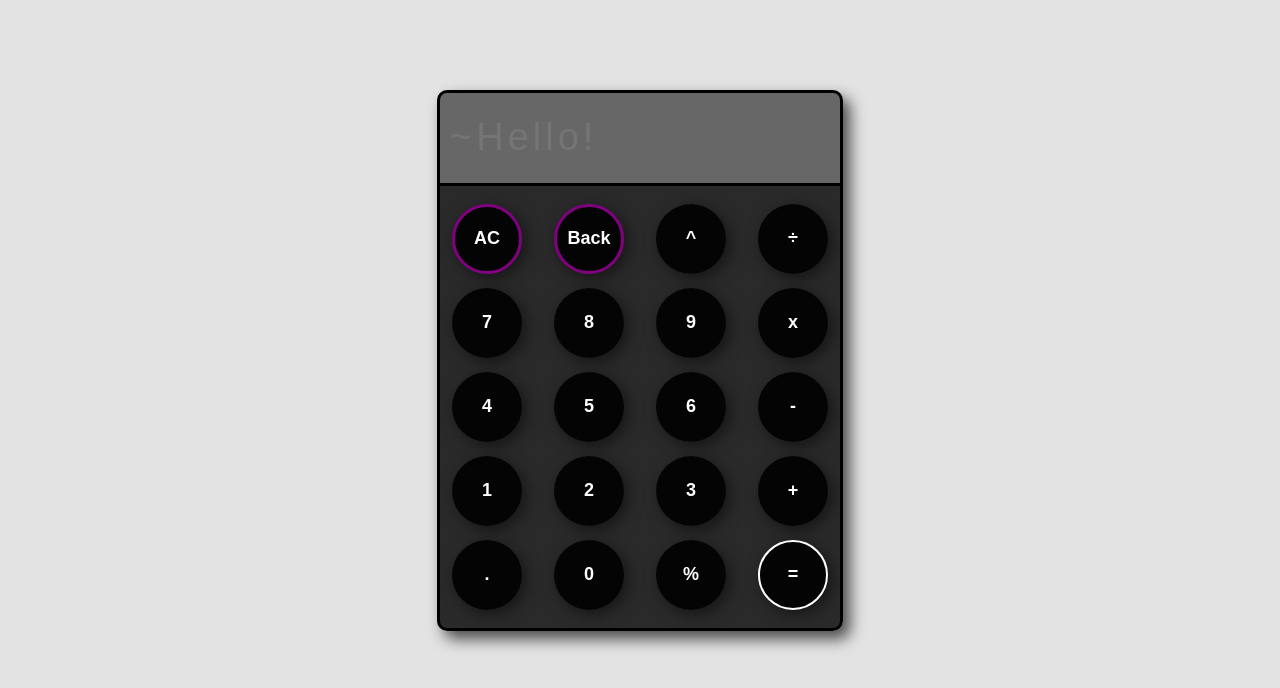
Repository: SakthivelDurai47/calculator
Page: index.html
An editor plug-in stored every save of this project. The page is shown before and after the next save, followed by the edit.
The browser window is 1280 px wide. The pictures show the whole page.

Above is the page before, as saved 2025-04-13 16:33:37.

### index.html
<!DOCTYPE html>
<html lang="en">
  <head>
    <meta charset="UTF-8" />
    <meta name="viewport" content="width=device-width, initial-scale=1.0" />
    <title>Calculator</title>
    <link rel="stylesheet" href="styles.css" />
    <meta name="author" content="Sakthivel Durai S" />
  </head>
  <body>
    <div id="calculator">
      <input id="display" readonly placeholder="~Hello!" />
      <div id="buttons">
        <button onclick="clearDisplay()" class="control">AC</button>
        <button onclick="removeFromDisplay()" class="control">Back</button>
        <button onclick="addToDisplay('**')" class="operator">^</button>
        <button onclick="addToDisplay('/')" class="operator">÷</button>
        <button onclick="addToDisplay('7')">7</button>
        <button onclick="addToDisplay('8')">8</button>
        <button onclick="addToDisplay('9')">9</button>
        <button onclick="addToDisplay('*')" class="operator">x</button>
        <button onclick="addToDisplay('4')">4</button>
        <button onclick="addToDisplay('5')">5</button>
        <button onclick="addToDisplay('6')">6</button>
        <button onclick="addToDisplay('-')" class="operator">-</button>
        <button onclick="addToDisplay('1')">1</button>
        <button onclick="addToDisplay('2')">2</button>
        <button onclick="addToDisplay('3')">3</button>
        <button onclick="addToDisplay('+')" class="operator">+</button>
        <button onclick="addToDisplay('.')">.</button>
        <button onclick="addToDisplay('0')">0</button>
        <button onclick="addToDisplay('%')" class="operator">%</button>
        <button onclick="calculate()" class="operator result">=</button>
      </div>
    </div>
    <script src="index.js"></script>
  </body>
</html>

### styles.css
body {
  margin: 0;
  display: flex;
  justify-content: center;
  align-items: center;
  height: 100vh;
  background-color: rgb(227, 227, 227);
}
#buttons {
  display: grid;
  grid-template-columns: repeat(4, 1fr);
  gap: 8px;
  align-items: center;
  justify-items: center;
}
button {
  width: 70px;
  height: 70px;
  border-radius: 35px;
  border: none;
  background-color: rgba(0, 0, 0, 0.9);
  color: white;
  font-size: large;
  font-weight: bold;
  margin: 3px;
  margin-left: 10px;
  margin-right: 10px;
  box-shadow: 4px 4px 15px rgba(0, 0, 0, 0.5);
  cursor: pointer;
}
button:hover {
  background-color: rgba(255, 255, 255, 0.3);
}
button:active {
  background-color: rgba(255, 255, 255, 0.1);
}
.control {
  border: 3px solid purple;
}
.operator {
  background-color: #211C841;
}
.operator:hover {
  background-color: rgba(255, 68, 0, 0.3);
}
.operator:active {
  background-color: rgba(255, 68, 0, 0.1);
}
#calculator {
  width: 400px;
  height: auto;
  background-color: rgba(0, 0, 0, 0.817);
  border-radius: 10px;
  box-shadow: 7px 8px 15px rgba(0, 0, 0, 0.678);
  overflow: hidden;
  padding-bottom: 15px;
  border: 3px solid black;
}
#display {
  width: 100%;
  height: 70px;
  margin-bottom: 15px;
  border: none;
  background-color: rgba(137, 137, 137, 0.642);
  color: white;
  font-size: 38px;
  letter-spacing: 4px;
  padding: 10px;
  border-bottom: 3px solid black;
}

.result {
  border: 2px solid white;
}

### index.js
const display = document.getElementById("display");
let preValue = [""];
let errors = false;

function addToDisplay(input) {
  if (!errors) {
    if (display.value == 0) {
      display.value = "";
    }
    display.value += input;
    preValue.push(display.value);
  } else {
    display.value = "";
    preValue = [""];
    errors = false;
    addToDisplay(input);
  }
}

function clearDisplay() {
  display.value = "";
  preValue = [""];
  errors = false;
}

function removeFromDisplay() {
  if (preValue.length >= 1) {
    display.value = preValue[preValue.length - 1];
    preValue.pop();
  }
}

function calculate() {
  try {
    display.value = eval(display.value);
    if (display.value == Infinity) {
      throw new Error();
    }
  } catch (error) {
    display.value = "error";
    errors = true;
  }
}

After the next save:
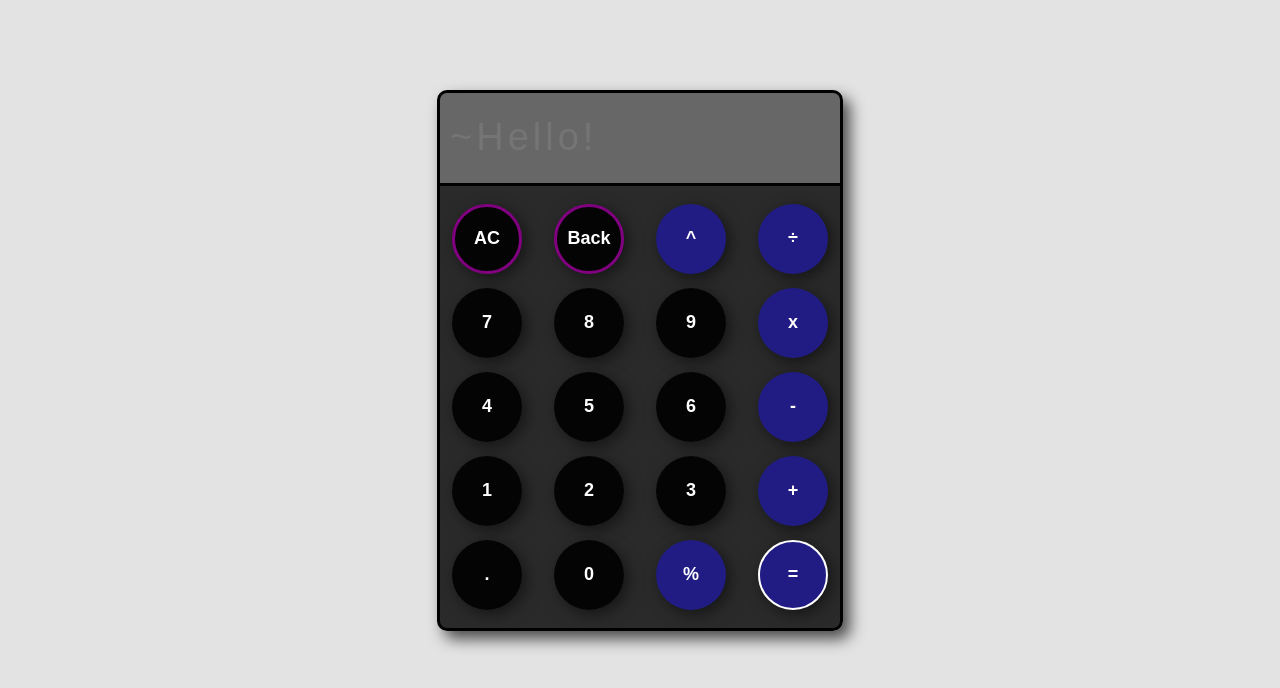
Saved 5 s later.
--- a/styles.css
+++ b/styles.css
@@ -38,7 +38,7 @@ button:active {
   border: 3px solid purple;
 }
 .operator {
-  background-color: #211C841;
+  background-color: #211c84;
 }
 .operator:hover {
   background-color: rgba(255, 68, 0, 0.3);
